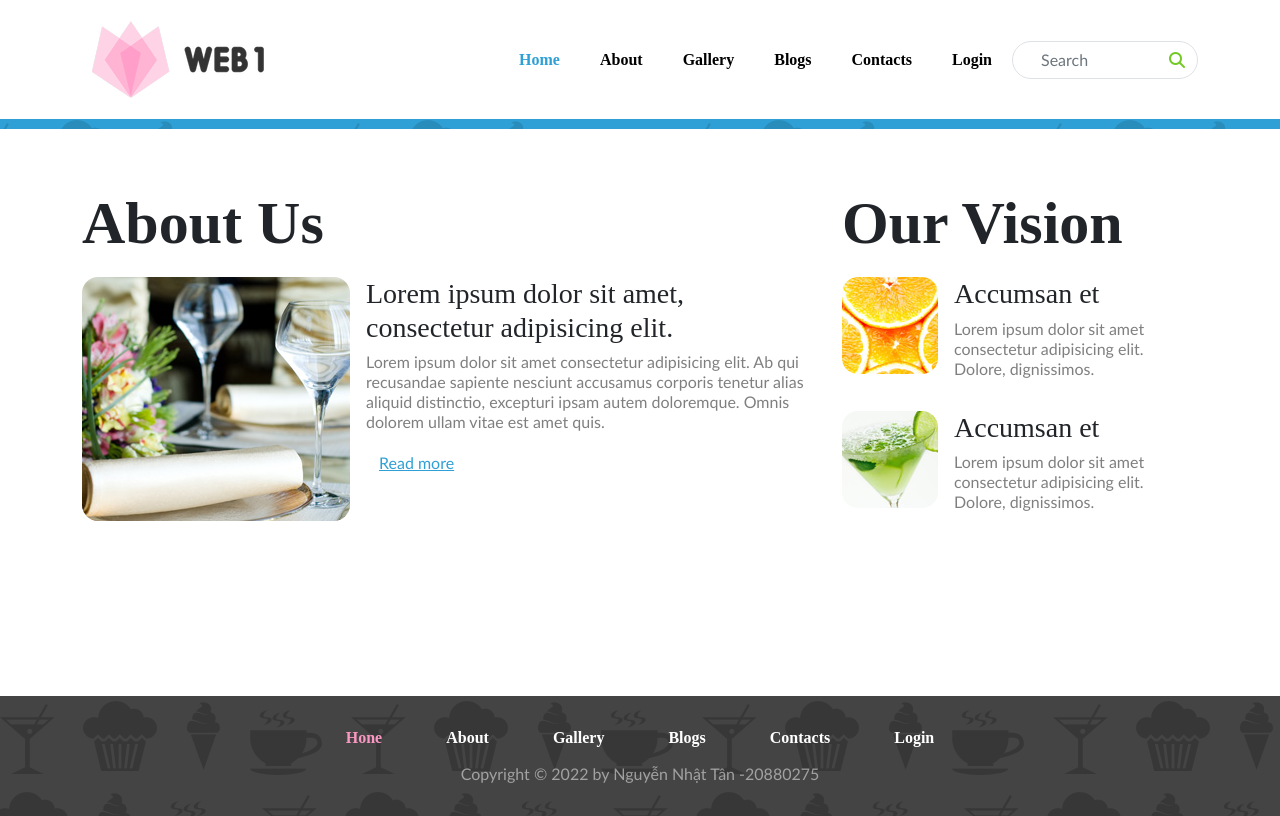
Repository: carembanhkem/web1-20880275
Page: about.html
An editor plug-in stored every save of this project. The page is shown before and after the next save, followed by the edit.
The browser window is 1280 px wide. The pictures show the whole page.
Some web fonts or font styles are not loaded; a fallback is used. Some web libraries are served in a nearby version.

Above is the page before, as saved 2023-02-06 11:29:33.
Console error: ReferenceError: bootstrap is not defined

After the next save:
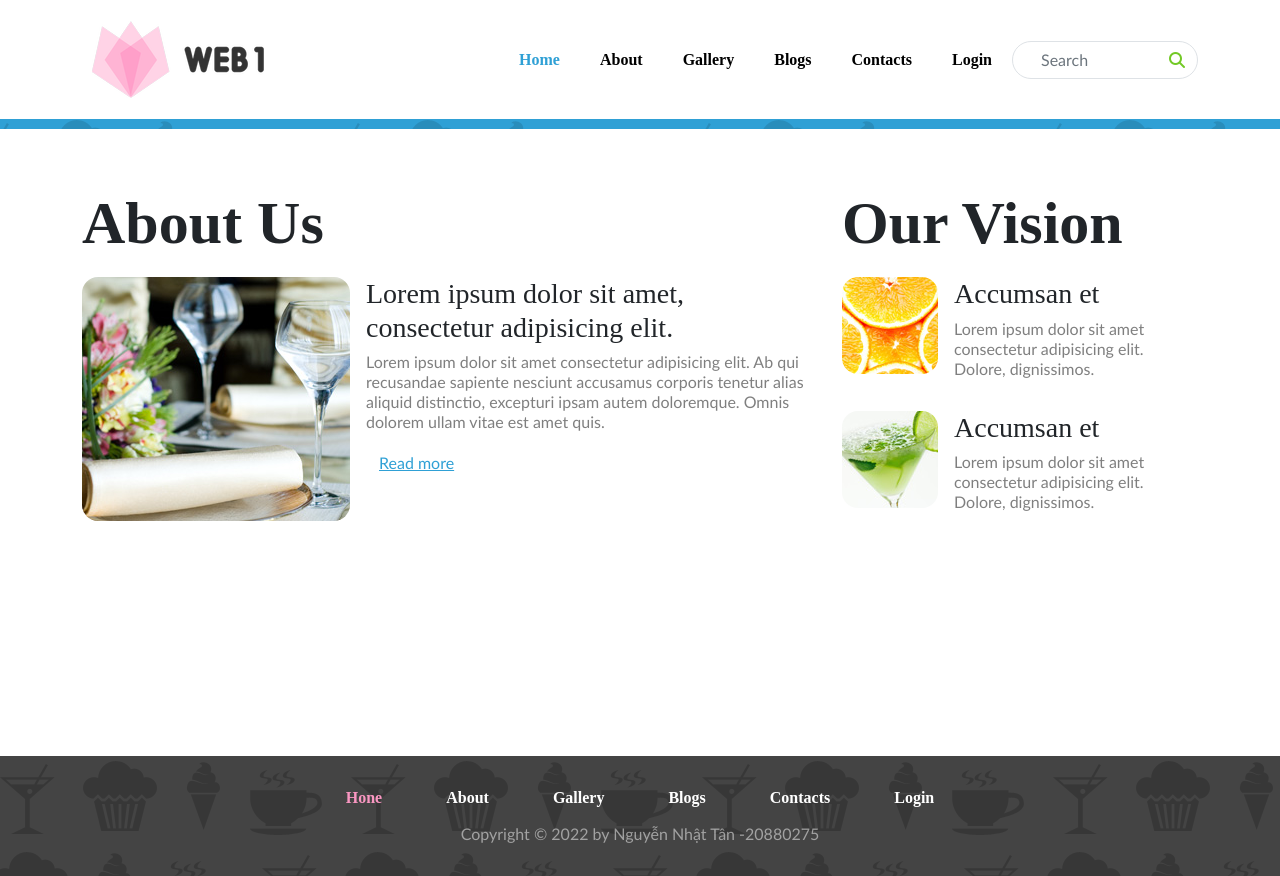
Saved 4 s later.
--- a/about.html
+++ b/about.html
@@ -89,7 +89,7 @@
     </section>
     <!-- Testimonials-->
     <section class="container-fluid py-5" id="testimonials">
-        <h1 class="text-white"></h1>
+        <h1 class="text-white">Testimonials</h1>
     </section>
 
     <!-- Footer -->
